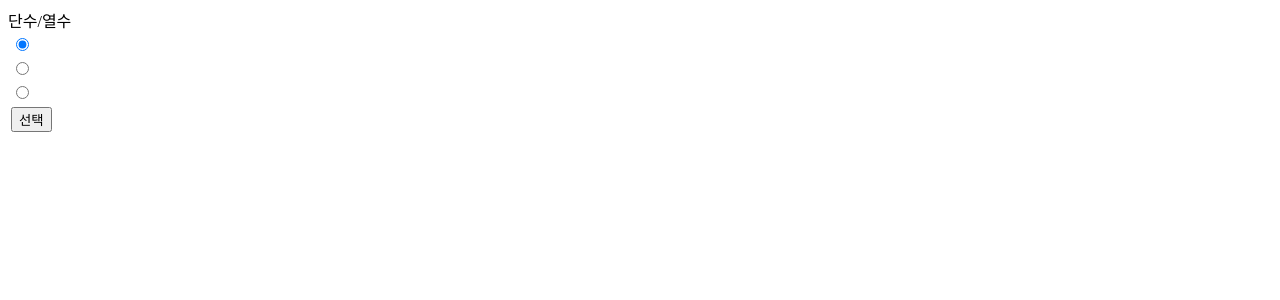
Repository: jwjb1020/Java_tomcat_jsp
Page: http://localhost/ServletStudy/gugudan3.jsp
The author's editor kept a copy of each file at every save. The page is drawn from the files as they stood at one save, then again after the next save.
The browser window is 1280 px wide. The pictures show the whole page.
The page is served by Tomcat 9. Other server files are loaded and not shown.

Above is the page before, as saved 2023-05-17 02:03:03.

### ServletStudy/src/main/webapp/gugudan3.jsp
<%@ page language="java" contentType="text/html; charset=UTF-8"
    pageEncoding="UTF-8"%>
<!DOCTYPE html>
<html>
<head>
<meta charset="UTF-8">
<title>Insert title here</title>
</head>
<body>
<form action="gugudanMain.jsp" method ="post">
	<table>
	<tr><td><input type = "radio" name ="sel" value= "gugudanType1" checked/></td></tr>
	<tr><td><input type = "radio" name ="sel" value= "gugudanType2" /></td></tr>
	<tr><td><input type = "radio" name ="set" value= "2"/></td>단수/열수</tr>
	<tr><td><input type = "submit" value= "선택"/></td></tr>



	</table>
</form>

</body>
</html>

After the next save:
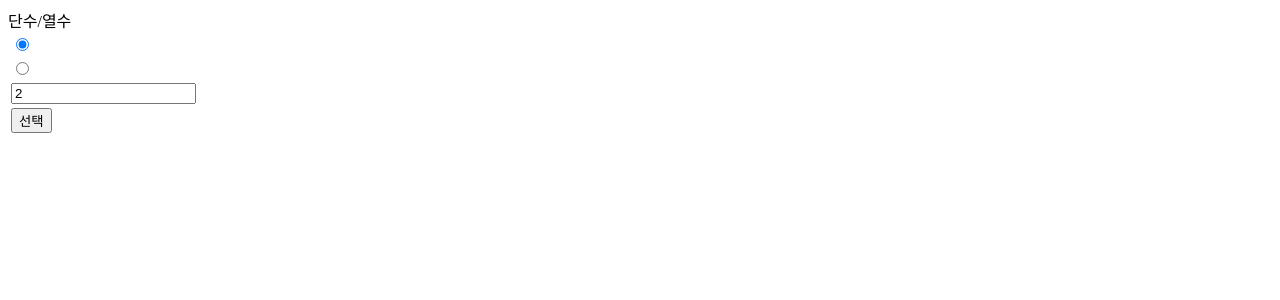
Saved 65 s later.
--- a/ServletStudy/src/main/webapp/gugudan3.jsp
+++ b/ServletStudy/src/main/webapp/gugudan3.jsp
@@ -11,7 +11,7 @@
 	<table>
 	<tr><td><input type = "radio" name ="sel" value= "gugudanType1" checked/></td></tr>
 	<tr><td><input type = "radio" name ="sel" value= "gugudanType2" /></td></tr>
-	<tr><td><input type = "radio" name ="set" value= "2"/></td>단수/열수</tr>
+	<tr><td><input type = "text" name ="set" value= "2"/></td>단수/열수</tr>
 	<tr><td><input type = "submit" value= "선택"/></td></tr>
 
 
